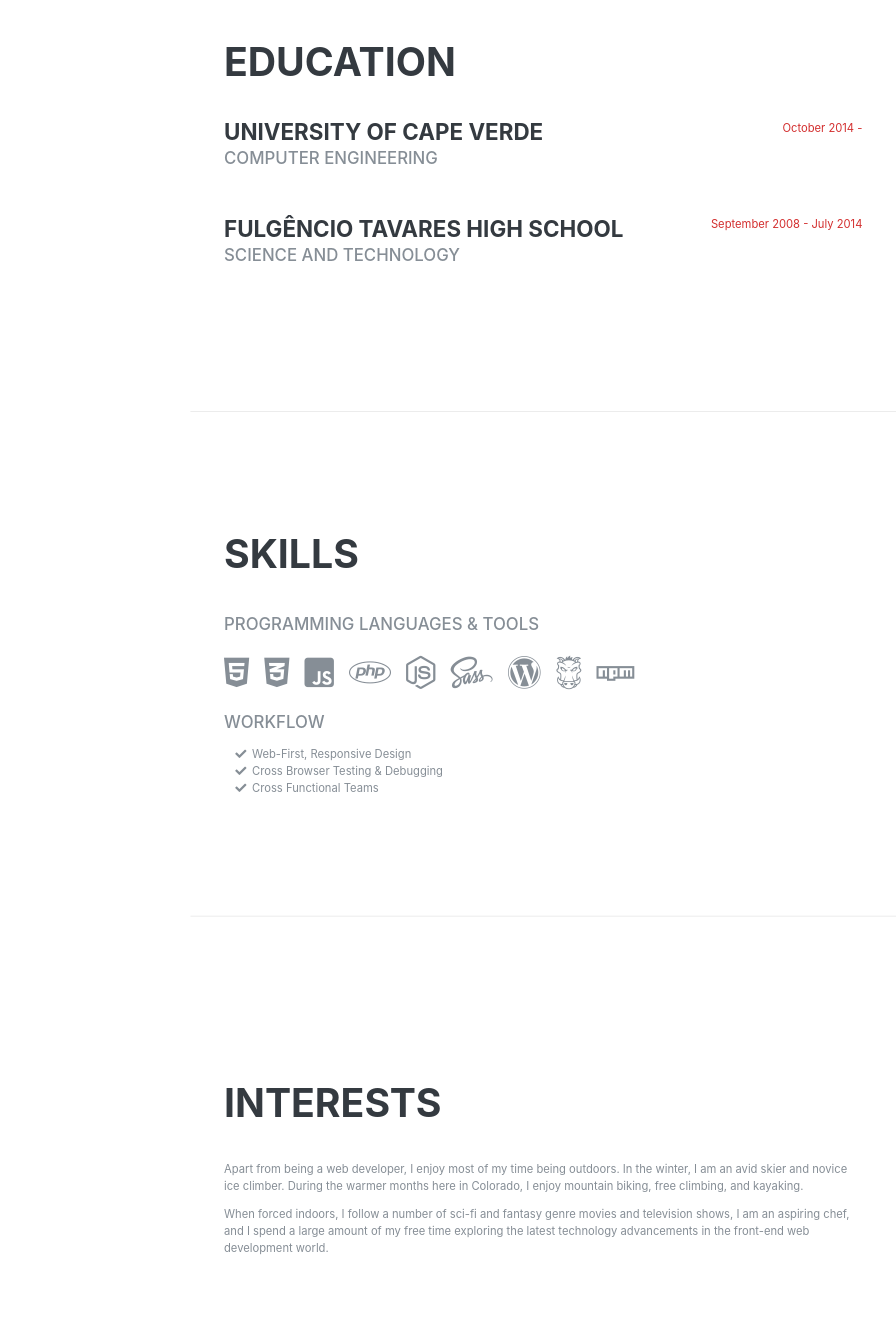
Repository: kcfurtado/kcfurtado.github.io
Page: index.html
An editor plug-in stored every save of this project. The page is shown before and after the next save, followed by the edit.
The browser window is 1280 px wide. The pictures show the part of the page from y = 1995 to 3915 px (the page is 4026 px tall), at 70% of full size.
Some web fonts or font styles are not loaded; a fallback is used.

Above is the page before, as saved 2020-04-04 09:21:36.

After the next save:
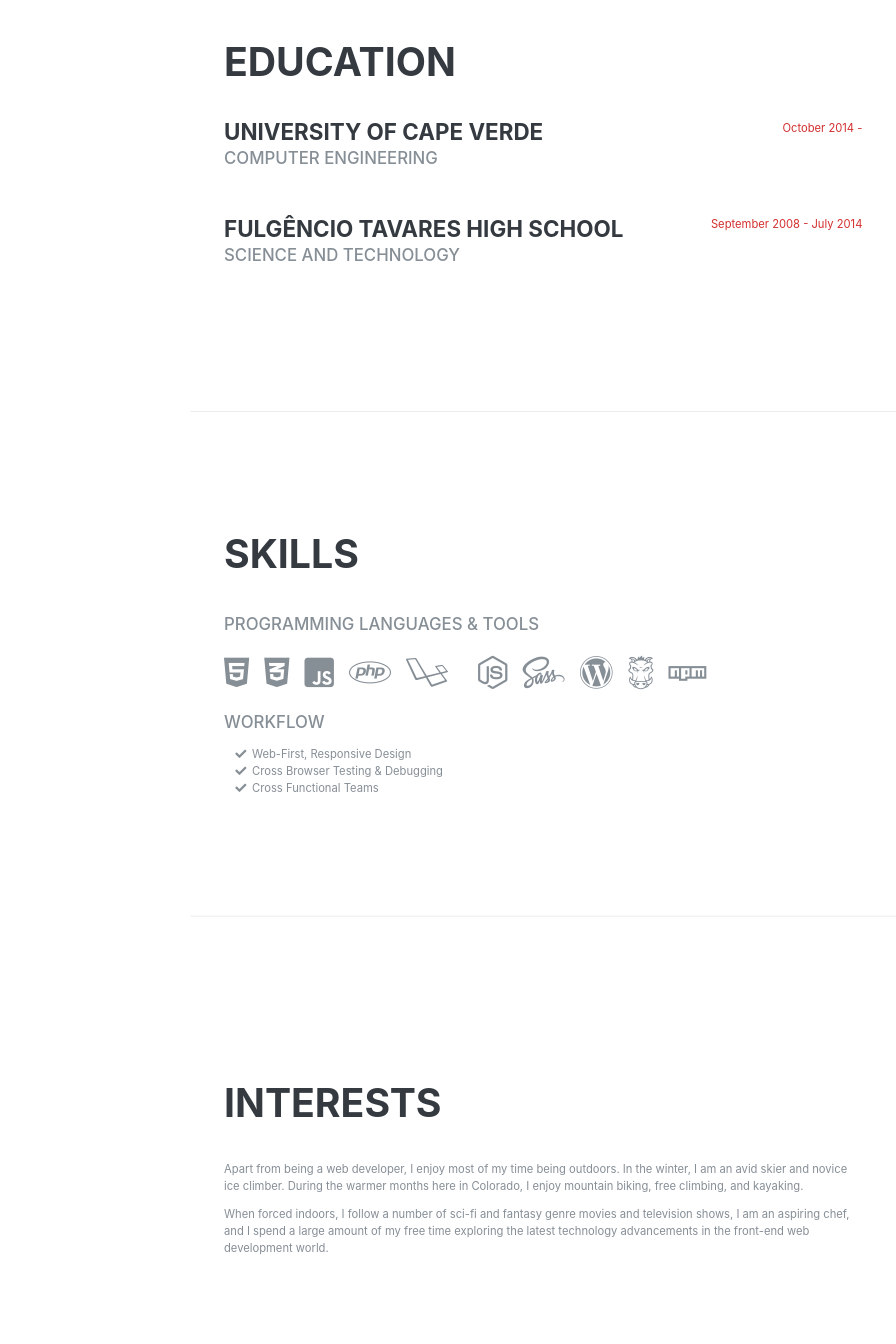
Saved 45 s later.
--- a/index.html
+++ b/index.html
@@ -193,6 +193,12 @@
           <li class="list-inline-item">
             <i class="fab fa-php"></i>
           </li>
+          <li class="list-inline-item">
+            <i class="fab fa-laravel"></i>
+          </li>
+          <li class="list-inline-item">
+            <i class="fab fa-yii2"></i>
+          </li>
           <!--<li class="list-inline-item">
             <i class="fab fa-react"></i>
           </li>
